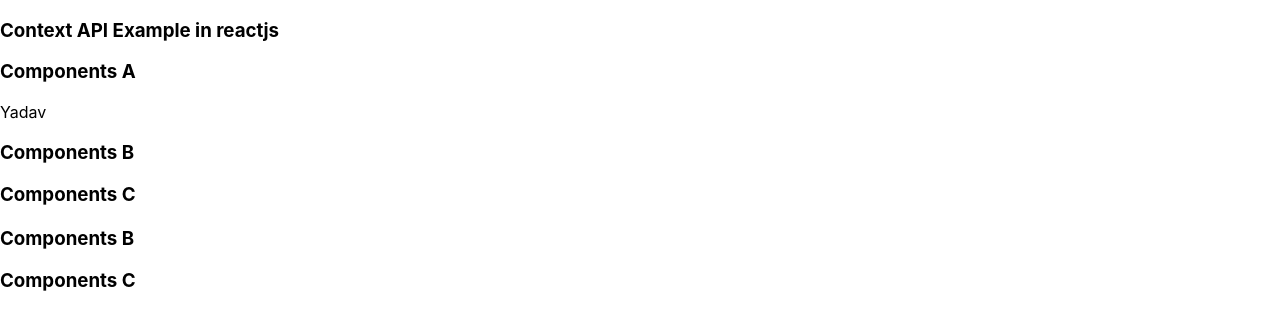
Repository: lalji-yadav/React-Context-API
Page: /
These files come from the project's save history. The page is drawn as it stood at one moment and after the next save; the edit follows.
The browser window is 1280 px wide. The pictures show the whole page.
The project was rebuilt for these pictures with package versions that can differ from the ones it lists, and the page was loaded fresh each time. Also part of the build but not shown: src/App.css, src/context/contact.js, src/context/about.js, src/context/home.js.

Above is the page before, as saved 2021-02-11 12:56:56.

### src/App.js
import  React,{ useState } from 'react';
import './App.css';
import A from "./components/A";
import B from "./components/B";
import Home from "./context/home";


export const ThemeContext = React.createContext()

function App() {

  const [data, setData] = useState({
    name: "Lalji Yadav Kamasin",
    mob:"8726650277",
    email:'lalji@gmail.com'
  })

 const changeStates=()=> {
    setData({
      name:"Change value Name Lalji to Anubhav Kumar yadav",
      mob:"1234567890",
      email:'12lalji@gmail.com'
    })
  }
  const contextValues = {
    data: data,
    changeStates: changeStates
  }

  return (
    <div>
      <h3> Context API Example in reactjs  </h3>

      <A name="Yadav"/>

      <ThemeContext.Provider value="dark">
        <B />
      </ThemeContext.Provider>

      {/* <ThemeContext.Provider value={contextValues}>
        <Home />
      </ThemeContext.Provider> */}

    </div>
  );
}

export default App;

### src/components/A.js
import React from 'react';
import B from "./B";

const A = (props) => {
    console.log(props)
    return (
        <div>
             <h3> Components A </h3>
              <p>{props.name}</p>
             <B nam={props.name} />
        </div>
    );
};

export default A;

### src/components/B.js
import React from 'react';
import C from "./C";

const B = () => {

    return (
        <div>
             <h3> Components B </h3>
             <C />
        </div>
    );
};

export default B;

### src/components/C.js
import React from 'react';

const C = (props) => {

    console.group(props)
    return (
        <div>
             <h3> Components C </h3>
             <h1>{props.nam}</h1>
        </div>
    );
};

export default C;

Loaded but not shown: public/index.html (common file); src/index.js (common file); src/index.css (common file); src/reportWebVitals.js (common file)

After the next save:
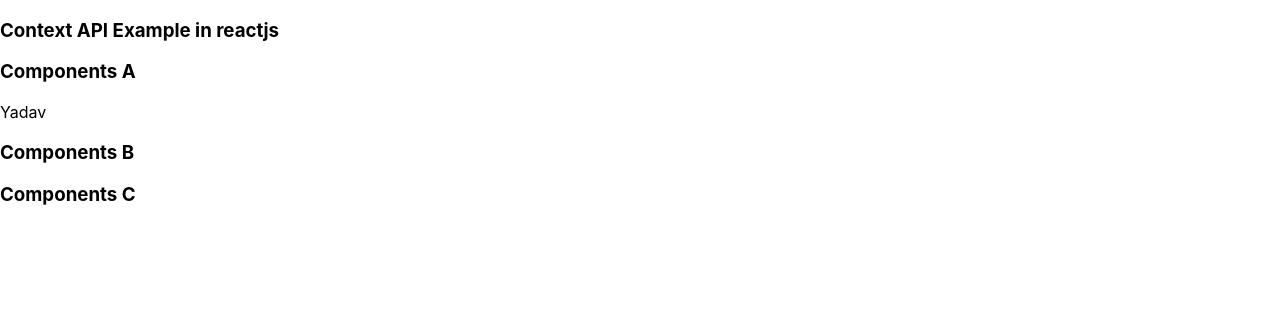
Saved 23 s later.
--- a/src/App.js
+++ b/src/App.js
@@ -33,10 +33,6 @@ function App() {
 
       <A name="Yadav"/>
 
-      <ThemeContext.Provider value="dark">
-        <B />
-      </ThemeContext.Provider>
-
       {/* <ThemeContext.Provider value={contextValues}>
         <Home />
       </ThemeContext.Provider> */}
